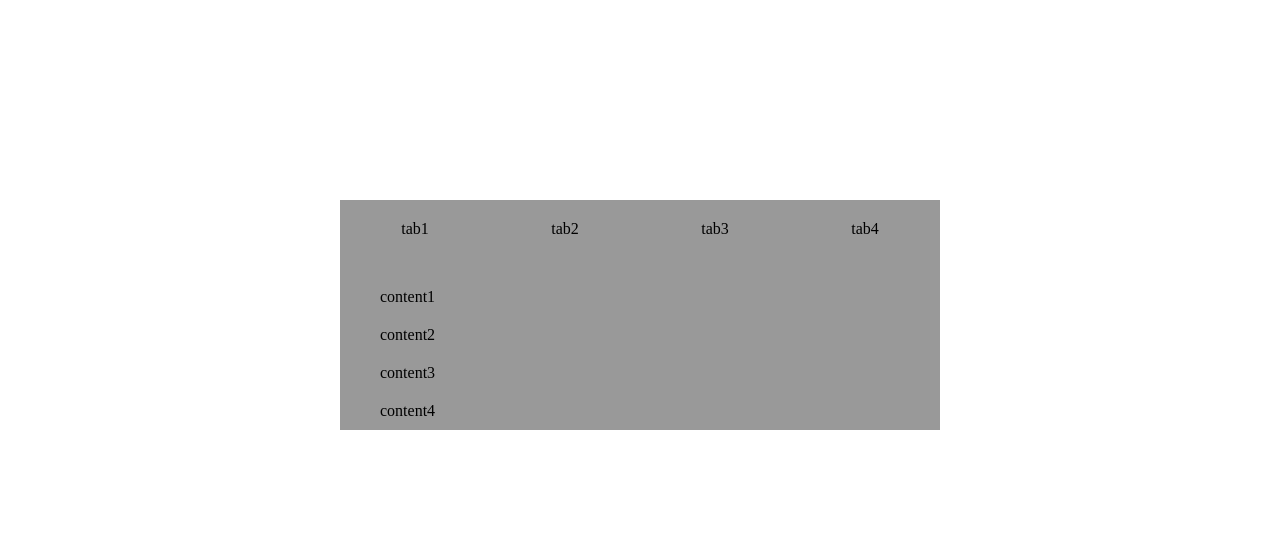
Repository: PCTai/javascript-coban
Page: tab UI/index.html
An editor plug-in stored every save of this project. The page is shown before and after the next save, followed by the edit.
The browser window is 1280 px wide. The pictures show the whole page.

Above is the page before, as saved 2022-02-09 16:50:11.

After the next save:
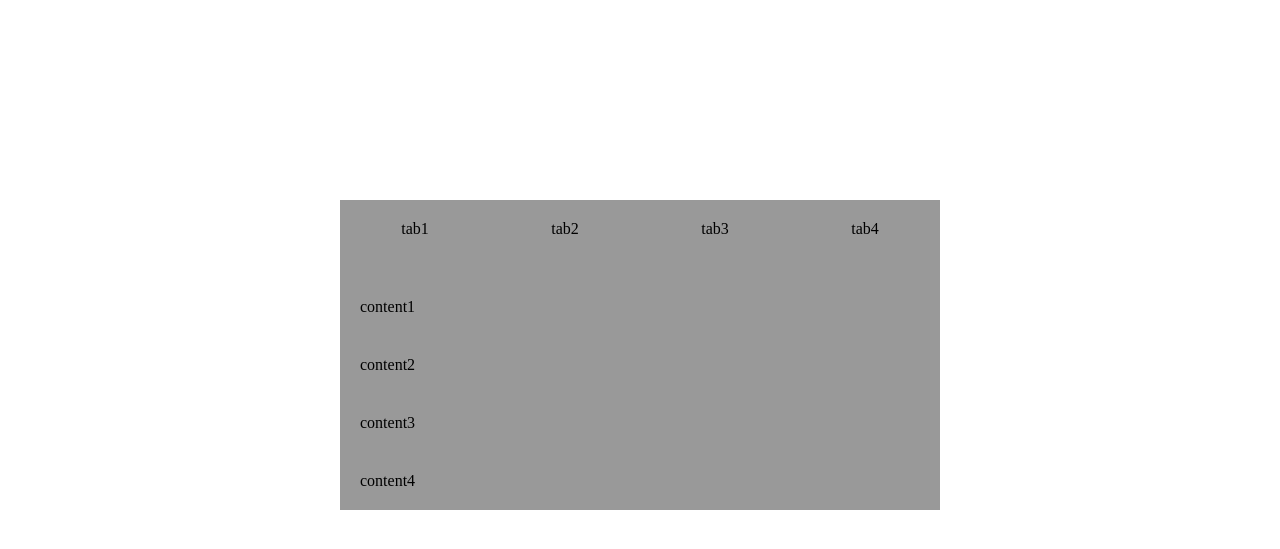
Saved 4 s later.
--- a/tab UI/style.css
+++ b/tab UI/style.css
@@ -22,5 +22,5 @@
     margin-top: 20px;
 }
 .box-item{
-    padding: 10px 40px;
+    padding: 20px 20px;
 }
